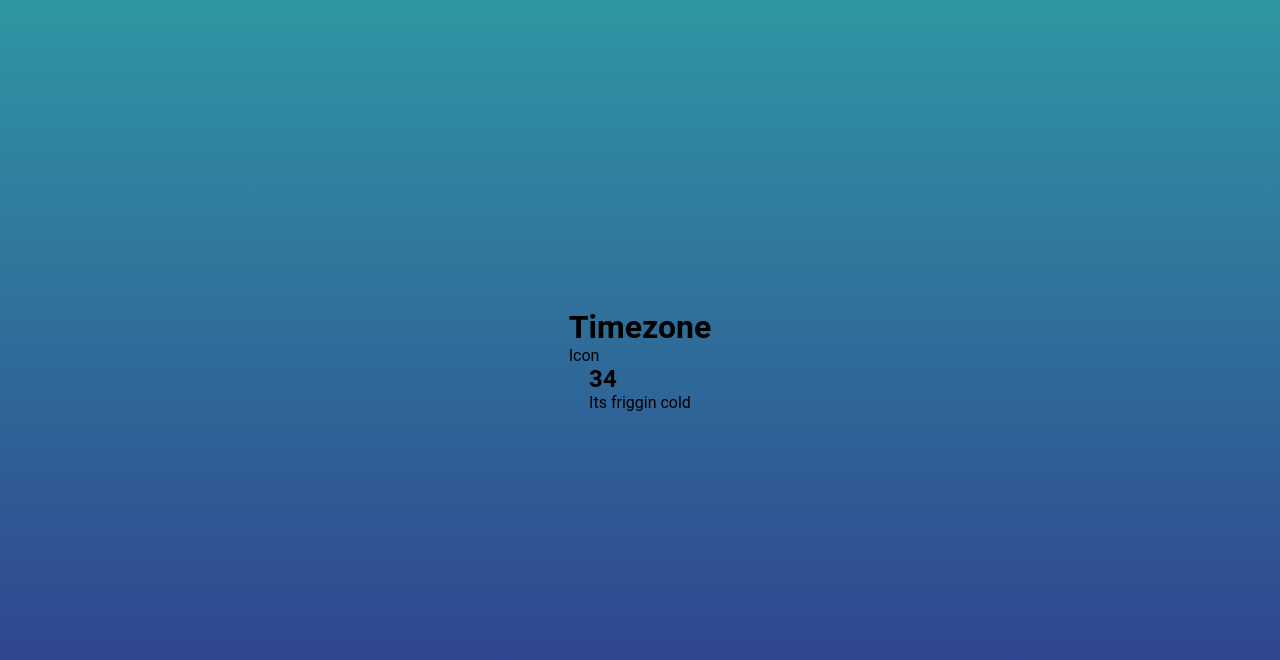
Repository: BaczkiewiczDawid/weatherApp
Page: index.html
An editor plug-in stored every save of this project. The page is shown before and after the next save, followed by the edit.
The browser window is 1280 px wide. The pictures show the whole page.

Above is the page before, as saved 2020-02-22 19:17:04.

After the next save:
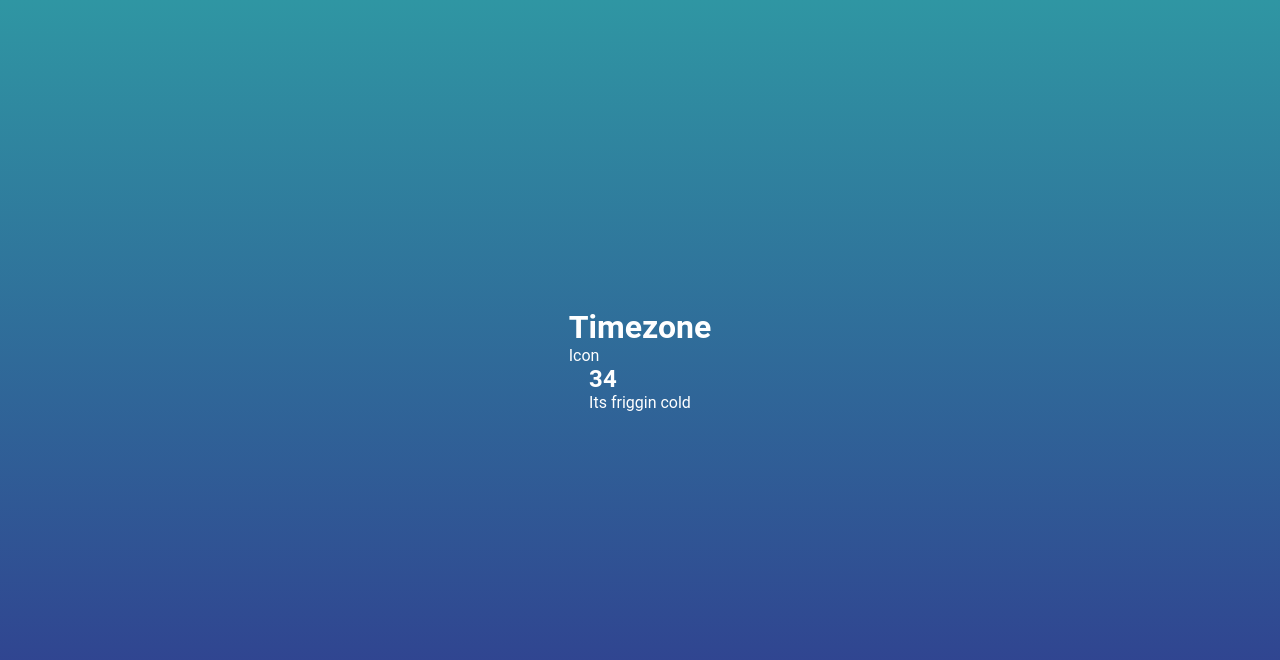
Saved 8 s later.
--- a/style.css
+++ b/style.css
@@ -10,5 +10,6 @@ body, html {
     justify-content: center;
     align-items: center;
     flex-direction: column;
+    color: white;
     background: linear-gradient(rgb(47,150,163), rgb(48,62,143));
 }
